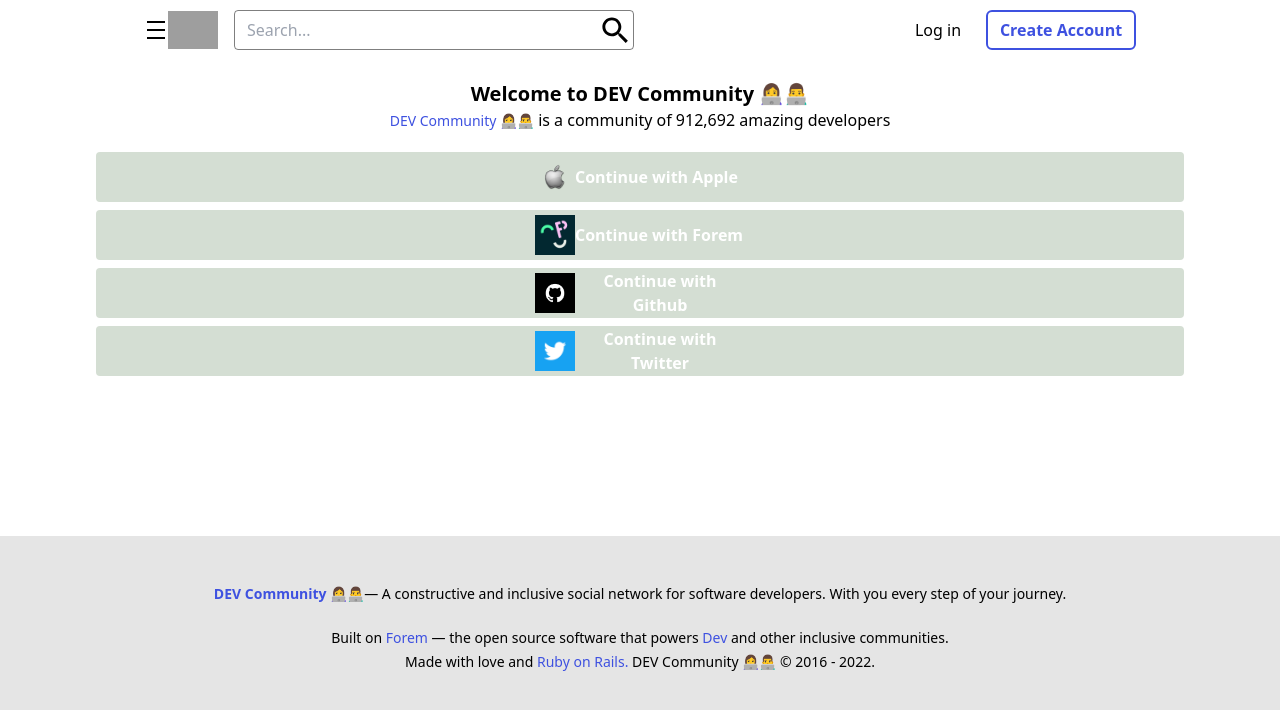
Repository: dat-nguyen-2001/dev.to-stopped-
Page: /enter (app in client/)
The author's editor kept a copy of each file at every save. The page is drawn from the files as they stood at one save, then again after a run of saves.
The browser window is 1280 px wide. The pictures show the whole page.
Pictures or frames that could not be fetched are drawn as grey boxes. The project was rebuilt for these pictures with package versions that can differ from the ones it lists, and the page was loaded fresh each time. The framework's server and built-in components were replaced by stand-ins that run in the browser. Also part of the build but not shown: client/next.config.js.

Above is the page before, as saved 2022-09-19 11:36:28.

### client/pages/_app.tsx
import React from 'react'
import { AppProps } from 'next/app'


import '../styles/index.css'

function MyApp({ Component, pageProps }: AppProps) {
  return <Component {...pageProps} />
}

export default MyApp

### client/pages/enter.tsx
import Layout from "../components/Layout"
import RegisterForm from "../components/RegisterForm"
import Link from "next/link"

const Register = () => {
    return (
        <Layout title="Welcome-DEV Community 👩‍💻👨‍💻">
            <div className="text-center mx-auto w-[85vw]">
                <h1 className="font-bold text-xl">Welcome to DEV Community 👩‍💻👨‍💻</h1>
                <p><span className="text-[#3e51e0] hover:underline text-sm">
                    <Link href={'/'}>
                        DEV Community 👩‍💻👨‍💻
                    </Link>
                </span> is a community of 912,692 amazing developers</p>
                <div className="flex flex-col space-y-2 mt-[20px]">
                    <RegisterForm bg="#d4ded3" platform="Apple" logo="apple-logo.jpg" />
                    <RegisterForm bg="#022830" platform="Forem" logo="forem_logo.png" />
                    <RegisterForm bg="#000000" platform="Github" logo="github_logo.png" />
                    <RegisterForm bg="#1da1f2" platform="Twitter" logo="twitter_logo.png" />
                </div>
            </div>
        </Layout>
    )
}

export default Register

### client/styles/index.css
@tailwind base;
@tailwind components;
@tailwind utilities;

.nav-wrapper {
    justify-content: space-between;
}

### client/components/Layout.tsx
import React, { ReactNode } from 'react'
import Head from 'next/head'
import Footer from './Footer'
import NavBar from './nav/NavBar'

interface Props {
  children?: ReactNode
  title?: string
}

const Layout = ({ children, title = 'This is the default title' }: Props) => (
  <div>
    <Head>
      <title>{title}</title>
      <meta charSet="utf-8" />
      <meta name="viewport" content="initial-scale=1.0, width=device-width" />
      <link rel="icon" href="dev.to.png" />
    </Head>
    <NavBar />
    <div className='mt-20'>
      {children}
    </div>
    <Footer />
  </div>
)

export default Layout

### client/components/RegisterForm.tsx

interface Props {
    bg: string,
    platform: string,
    logo: string
}

const RegisterForm = ({ bg, platform, logo }: Props) => {
    return (
        <div className={`w-[85vw] h-[50px] bg-[#d4ded3] text-white font-bold rounded mx-auto flex items-center`}>
            <div className={`w-[210px] flex items-center mx-auto text-center`}>
                <img src={logo} width={40} height={40} />
                Continue with {platform}
            </div>
        </div>
    )
}

export default RegisterForm

### client/components/Footer.tsx
import Link from "next/link"



const Footer = () => {

    return (
        <div className="fixed bottom-0 w-screen bg-[#e5e5e5] text-sm">
            <div className="max-w-[1024px] m-auto text-center my-12 flex flex-col space-y-1">
                <p className="mb-5">
                    <span className="text-[#3e51e0] font-bold hover:underline">
                        <Link href={'/'}>
                            DEV Community 👩‍💻👨‍💻
                        </Link>
                    </span>
                    — A constructive and inclusive social network for software developers. With you every step of your journey.
                </p>
                <p>
                    Built on
                    <span> </span>
                    <span className="text-[#3e51e0] hover:underline">
                        <Link href={'https://forem.com/'}>
                            <a target="_blank" rel="noopener noreferrer">
                                Forem
                            </a>
                        </Link>
                    </span> — the open source software that powers
                    <span> </span>
                    <span className="text-[#3e51e0] hover:underline">
                        <Link href={'/'}>
                            Dev
                        </Link>
                    </span> and other inclusive communities.
                </p>
                <p>
                    Made with love and
                    <span> </span>
                    <span className="text-[#3e51e0] hover:underline">
                        <Link href={'https://rubyonrails.org/'}>
                            <a target="_blank" rel="noopener noreferrer">
                                Ruby on Rails.
                            </a>
                        </Link>
                    </span> DEV Community 👩‍💻👨‍💻 © 2016 - 2022.
                </p>
            </div>
        </div>)
}

export default Footer

### client/components/nav/NavBar.tsx
import GuestNav from "./GuestNav";
import DensityMediumIcon from '@mui/icons-material/DensityMedium'; import Link from "next/link";
import SearchIcon from '@mui/icons-material/Search';

const NavBar = () => {
    return (
        <div className="flex nav-wrapper w-screen h-[60px] px-2 lg:px-36 bg-white fixed top-0">
            <div className="flex items-center space-x-3 h-[70%] w-full my-auto md:space-x-reverse md:space-x-4">
                <DensityMediumIcon className="my-auto cursor-pointer md:hidden" />
                <Link href={'/'} >
                    <img src="https://dev-to-uploads.s3.amazonaws.com/uploads/logos/resized_logo_UQww2soKuUsjaOGNB38o.png" width={50} className="cursor-pointer" />
                </Link>
                <div className="hidden w-[400px] md:flex items-center text-center h-[40px] border-[1.5px] border-black/50 rounded">
                    <input
                        placeholder="Search..."
                        className=" w-[90%] h-[100%] outline-none ml-3" />
                    <SearchIcon fontSize='large' />
                </div>
            </div>
            <div className="flex items-center">
                <GuestNav />
            </div>
        </div>
    )
}

export default NavBar

### client/components/nav/GuestNav.tsx
import SearchIcon from '@mui/icons-material/Search';
import Link from 'next/link';

const GuestNav = () => {
    return (
        <div className='flex space-x-2'>
            <div className='w-10 h-10 bg-[#e5e5e5] rounded-lg cursor-pointer md:hidden'>
                <SearchIcon fontSize='large' className='my-auto pt-2 pl-2' />
            </div>
            <div className="hidden md:inline">
                <Link href={"/enter"}>
                    <button className='w-[80px] h-[40px] px-2 rounded-md text-gray hover:bg-[#3e51e0]/25 hover:text-[#3e51e0]/80 hover:underline'>
                        Log in
                    </button>
                </Link>
            </div>
            <Link href={"/register"}>
                <button className='min-w-[150px] h-[40px] border-solid border-[#3e51e0] border-2 px-2 rounded-md text-[#3e51e0] font-semibold hover:bg-[#3e51e0] hover:text-white hover:underline'>
                    Create Account
                </button>
            </Link>
        </div>
    )
}

export default GuestNav

Loaded but not shown: client/tailwind.config.js (common file)

After the next 2 saves:
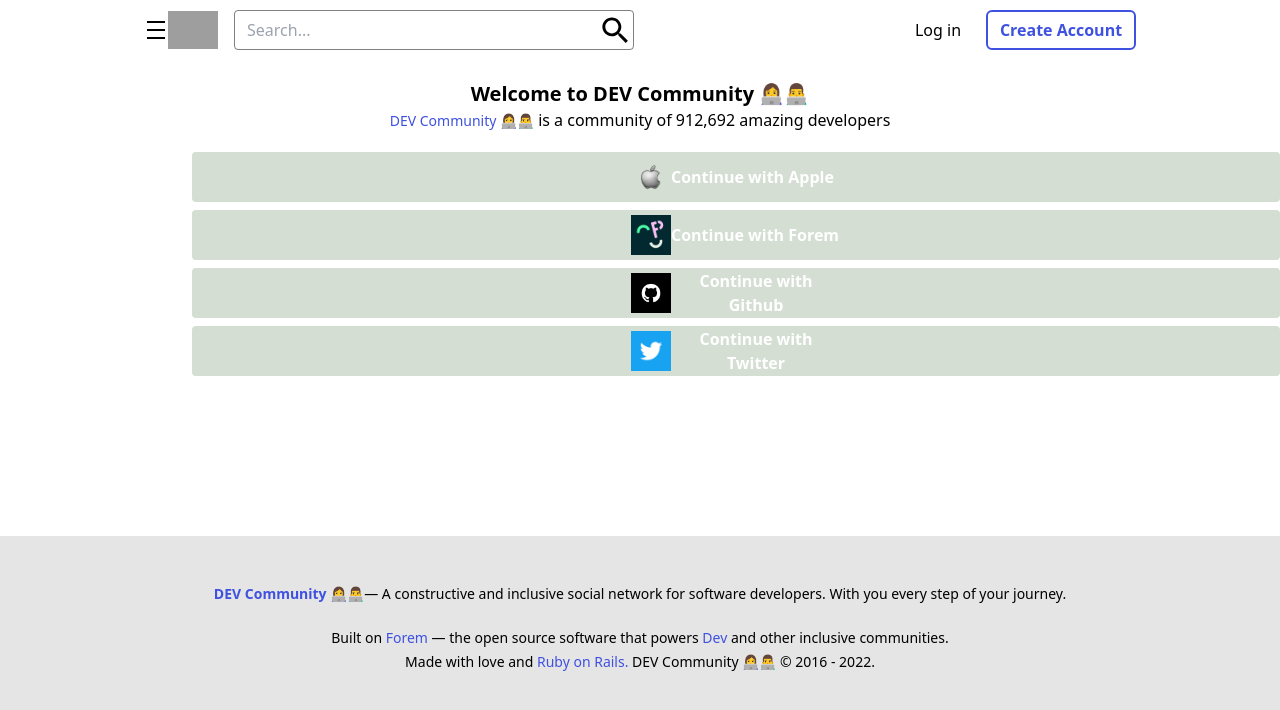
The 2 saves are shown as one change because they came seconds apart.
The last was saved 42 s later.
--- a/client/pages/enter.tsx
+++ b/client/pages/enter.tsx
@@ -5,7 +5,7 @@
 const Register = () => {
     return (
         <Layout title="Welcome-DEV Community 👩‍💻👨‍💻">
-            <div className="text-center mx-auto w-[85vw]">
+            <div className="text-center mx-auto w-[85vw] sm:w-[70vw]">
                 <h1 className="font-bold text-xl">Welcome to DEV Community 👩‍💻👨‍💻</h1>
                 <p><span className="text-[#3e51e0] hover:underline text-sm">
                     <Link href={'/'}>
